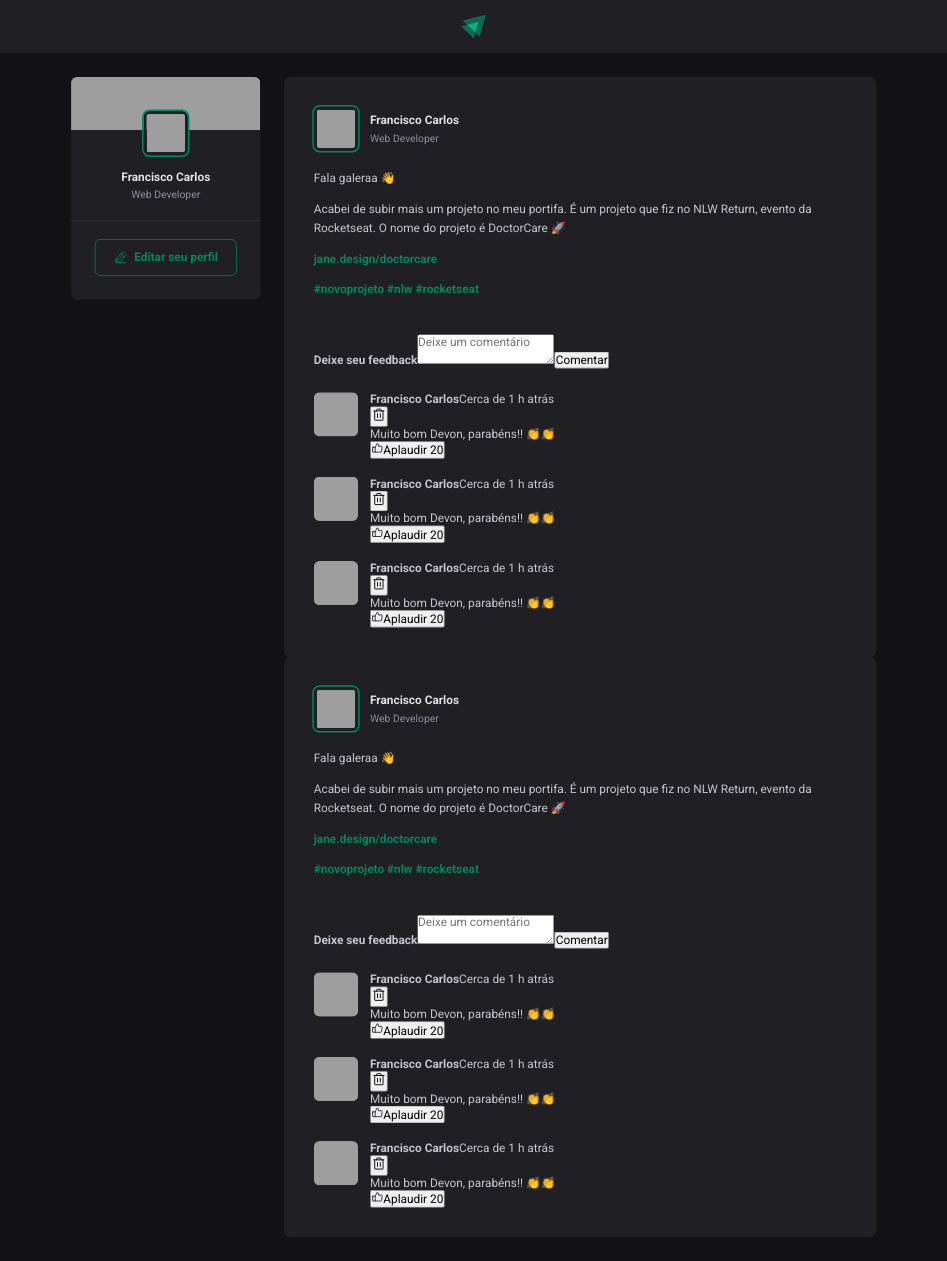
Repository: ch1coon/AulasRocketseat
Page: / (app in Ignite/aulas/01-fundamentos-reactjs/)
The author's editor kept a copy of each file at every save. The page is drawn from the files as they stood at one save, then again after the next save.
The browser window is 1280 px wide. The pictures show the whole page, at 74% of full size.
Pictures or frames that could not be fetched are drawn as grey boxes. The project was rebuilt for these pictures with package versions that can differ from the ones it lists, and the page was loaded fresh each time. Also part of the build but not shown: Ignite/aulas/01-fundamentos-reactjs/vite.config.js.

Above is the page before, as saved 2023-08-12 08:29:57.

### Ignite/aulas/01-fundamentos-reactjs/index.html
<!DOCTYPE html>
<html lang="en">
  <head>
    <meta charset="UTF-8" />
    <link rel="preconnect" href="https://fonts.googleapis.com" />
    <link rel="preconnect" href="https://fonts.gstatic.com" crossorigin />

    <link rel="icon" type="image/svg+xml" href="/vite.svg" />
    <meta name="viewport" content="width=device-width, initial-scale=1.0" />

    <link
      href="https://fonts.googleapis.com/css2?family=Roboto:wght@400;700&display=swap"
      rel="stylesheet"
    />
    <title>Vite + React</title>
  </head>
  <body>
    <div id="root"></div>
    <script type="module" src="/src/main.jsx"></script>
  </body>
</html>

### Ignite/aulas/01-fundamentos-reactjs/src/App.jsx
import { Post } from "./components/Post";
import { Header } from "./components/Header";
import { Sidebar } from "./components/Sidebar";

import styles from "./App.module.css";

import "./global.css";

export function App() {
  return (
    <div>
      <Header />

      <div className={styles.wrapper}>
        <Sidebar/>
        <main>
          <Post
            author="Diego Fernandes"
            content="Lorem ipsum dolor sit amet consectetur adipisicing elit. Rerum dolorem fuga odio voluptas voluptate rem dolores earum culpa, voluptatibus id nisi, qui, quae tempore quas facilis numquam blanditiis modi autem."
          />
          <Post
            author="Gabriel Guzzi"
            content="Lorem ipsum dolor sit amet consectetur adipisicing elit. Rerum dolorem fuga odio voluptas voluptate rem dolores earum culpa, voluptatibus id nisi, qui, quae tempore quas facilis numquam blanditiis modi autem."
          />
        </main>
      </div>
    </div>
  );
}

### Ignite/aulas/01-fundamentos-reactjs/src/components/Post.jsx
import { Comment } from "./Comment";
import styles from "./Post.module.css";

export function Post() {
  return (
    <article className={styles.post}>
      <header>
        <div className={styles.author}>
          <img className={styles.avatar} src="https://github.com/ch1coon.png" />
          <div className={styles.authorInfo}>
            <strong>Francisco Carlos</strong>
            <span>Web Developer</span>
          </div>
        </div>

        <time title="11 de Maio às 08:51" dateTime="2023-07-26 08:49:38"></time>
      </header>

      <div className={styles.content}>
        <p>Fala galeraa 👋</p>

        <p>
          Acabei de subir mais um projeto no meu portifa. É um projeto que fiz
          no NLW Return, evento da Rocketseat. O nome do projeto é DoctorCare 🚀
        </p>

        <p>
          <a href="">jane.design/doctorcare</a>
        </p>

        <p>
          <a href="">#novoprojeto</a> <a href="">#nlw</a>{" "}
          <a href="">#rocketseat</a>{" "}
        </p>
      </div>

      <form className={styles.commentForm}>
        <strong>Deixe seu feedback</strong>
        <textarea placeholder="Deixe um comentário" />

        <button type="submit">Comentar</button>
      </form>

      <div className={styles.commentList}>
        <Comment />
        <Comment />
        <Comment />
      </div>
    </article>
  );
}

### Ignite/aulas/01-fundamentos-reactjs/src/components/Header.jsx
import styles from "./Header.module.css";

import igniteLogo from '../assets/Ignite-logo.svg';

export function Header() {
  return (
    <header className={styles.header}>
      <img src={igniteLogo} alt="Logotipo do Ignite" />
    </header>
  );
}

### Ignite/aulas/01-fundamentos-reactjs/src/components/Sidebar.jsx
import { PencilLine } from "phosphor-react";

import styles from "./Sidebar.module.css";

export function Sidebar() {
  return (
    <aside className={styles.sidebar}>
      <img
        className={styles.cover}
        src="https://images.unsplash.com/photo-1571757767119-68b8dbed8c97?ixlib=rb-4.0.3&ixid=M3wxMjA3fDB8MHxwaG90by1wYWdlfHx8fGVufDB8fHx8fA%3D%3D&auto=format&fit=crop&w=500&q=50"
      />
      <div className={styles.profile}>
        <img className={styles.avatar} src="https://github.com/ch1coon.png" />
        <strong> Francisco Carlos</strong>
        <span>Web Developer</span>
      </div>

      <footer>
        <a href="#">
          <PencilLine size={20}/>
          Editar seu perfil
        </a>
      </footer>
    </aside>
  );
}

### Ignite/aulas/01-fundamentos-reactjs/src/App.module.css
.wrapper {
    max-width: 70rem;
    margin: 2rem auto;
    padding: 0 1rem;

    display: grid;
    grid-template-columns: 256px 1fr;
    gap: 2rem;
    align-items: flex-start;

}

### Ignite/aulas/01-fundamentos-reactjs/src/global.css
:root {
    --white: #fff;
    --gray-100: #e1e1e6;
    --gray-300: #c4c4cc;
    --gray-400: #8d8d99;
    --gray-600: #323238;
    --gray-700: #29292e;
    --gray-800: #202024;
    --gray-900: #121214;

    --green-300: #00837E;
    --green-500: #00875f;

}

* {
    margin: 0;
    padding: 0;
    box-sizing: border-box;
}

body {
     background: var(--gray-900);
     color: var(--gray-300);
     -webkit-font-smoothing:antialiased;
}

body, input, textarea, button {
    font-family: 'Roboto', sans-serif;
    font-weight: 400;
    font-size: 1rem;
}

### Ignite/aulas/01-fundamentos-reactjs/src/components/Comment.jsx
import styles from "./Comment.module.css";
import { ThumbsUp, Trash } from "phosphor-react";

export function Comment() {
  return (
    <div className={styles.comment}>
      <img src='https://github.com/ch1coon.png"' />

      <div className={styles.commentBox}>
        <div className={styles.commentContent}>
          <header>
            <div className={styles.authorAndTime}>
              <strong>Francisco Carlos</strong>
              <time title="11 de Maio às 08:51" dateTime="2023-07-26 08:49:38">
                Cerca de 1 h atrás
              </time>
            </div>
            <button title="Deletar comentário">
              <Trash size={20} />
            </button>
          </header>

          <p>Muito bom Devon, parabéns!! 👏👏</p>
        </div>
        <footer>
          <button>
            <ThumbsUp />
            Aplaudir <span>20</span>
          </button>
        </footer>
      </div>
    </div>
  );
}

### Ignite/aulas/01-fundamentos-reactjs/src/components/Post.module.css
.post {
  background: var(--gray-800);
  border-radius: 8px;
  padding: 2.5rem;
}

.post + post {
  margin-top: 2rem;
}

.content {
  line-height: 1.6;
  color: var(--gray-300);
  margin-top: 1.5rem;
}

.content p {
  margin-top: 1rem;
}

.content a {
  font-weight: bold;
  color: var(--green-500);
  text-decoration: none;
}

.content a:hover {
  color: var(--green-300);
}

.post > header {
  display: flex;
  align-items: center;
  justify-content: space-between;
}

.post > header time {
  font-size: 0.875rem;
  color: var(--gray-400);
}

.author {
  display: flex;
  align-items: center;
  gap: 1rem;
}

.author img {
  width: calc(3rem + 12px);
  height: calc(3rem + 12px);
  border-radius: 8px;
  border: 4px solid var(--gray-800);
  outline: 2px solid var(--green-500);
}

.authorInfo strong {
  display: block;
  color: var(--gray-100);
  line-height: 1.6;
}

.authorInfo span {
  display: block;
  font-size: 0.875rem;
  color: var(--gray-400);
  line-height: 1.6;
}

.commentForm {
  width: 100%;
  margin-top: 1.5rem;
  padding-top: 1.5rem;
  border-top: 1.5rem;
}

.commentList {
  margin-top: 2rem;
}

### Ignite/aulas/01-fundamentos-reactjs/src/components/Header.module.css
.header {
  background: var(--gray-800);
  display: flex;
  justify-content: center;
  padding: 1.25rem 0 ;
}

.header img {
    height: 2rem;
}

### Ignite/aulas/01-fundamentos-reactjs/src/components/Sidebar.module.css
.sidebar {
  background: var(--gray-800);
  border-radius: 8px;
  overflow: hidden;
}

.cover {
  width: 100%;
  height: 72px;
  object-fit: cover;
}

.profile {
  display: flex;
  flex-direction: column;
  align-items: center;

  margin-top: calc(0px - 1.5rem - 6px);
}

.avatar {
    width: calc(3rem + 12px);
    height: calc(3rem + 12px);
    border-radius: 8px;
    border: 4px solid var(--gray-800);
    outline: 2px solid var(--green-500);
}

.profile strong {
    margin-top: 1rem;
    color: var(--gray-100);
    line-height: 1.6;
}

.profile span {
    font-size: 0.875rem;
    color: var(--gray-400);
    line-height: 1.6;
}

.sidebar footer {
  border-top: 1px solid var(--gray-600);
  margin-top: 1.5rem;
  padding: 1.5rem 2rem 2rem;
}

.sidebar footer a {
  background: transparent;
  color: var(--green-500);
  border: 1px solid var(--green-500);
  border-radius: 8px;
  height: 50px;
  padding: 0 1.5rem;
  font-weight: bold;
  display: block;
  text-decoration: none;
  display: flex;
  align-items: center;
  justify-content: center;

  gap: 0.5rem;

  transition: color 0.1s, background-color 0.1s;
}

.sidebar footer a:Hover {
    background: var(--green-500);
    color: var(--white);
}

### Ignite/aulas/01-fundamentos-reactjs/src/components/Comment.module.css
.comment {
  margin-top: 1.5rem;
  display: flex;
  gap: 1rem;
}

.comment > img {
  width: calc(3rem + 12px);
  height: calc(3rem + 12px);
  border-radius: 8px;
}

Loaded but not shown: Ignite/aulas/01-fundamentos-reactjs/src/main.jsx (common file)

After the next save:
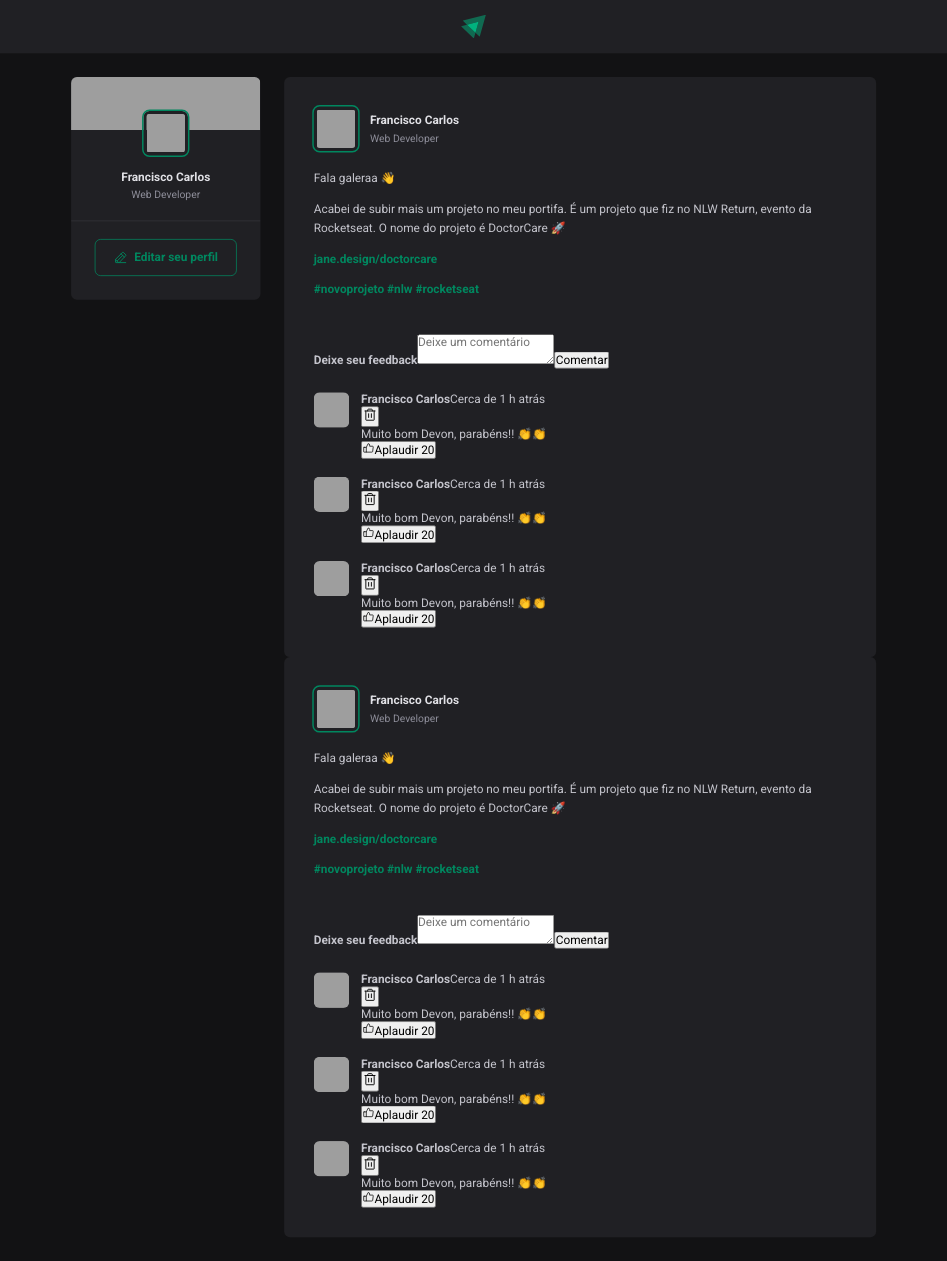
Saved 14 s later.
--- a/Ignite/aulas/01-fundamentos-reactjs/src/components/Comment.module.css
+++ b/Ignite/aulas/01-fundamentos-reactjs/src/components/Comment.module.css
@@ -5,7 +5,7 @@
 }
 
 .comment > img {
-  width: calc(3rem + 12px);
-  height: calc(3rem + 12px);
+  width: 3rem;
+  height: 3rem;
   border-radius: 8px;
 }
